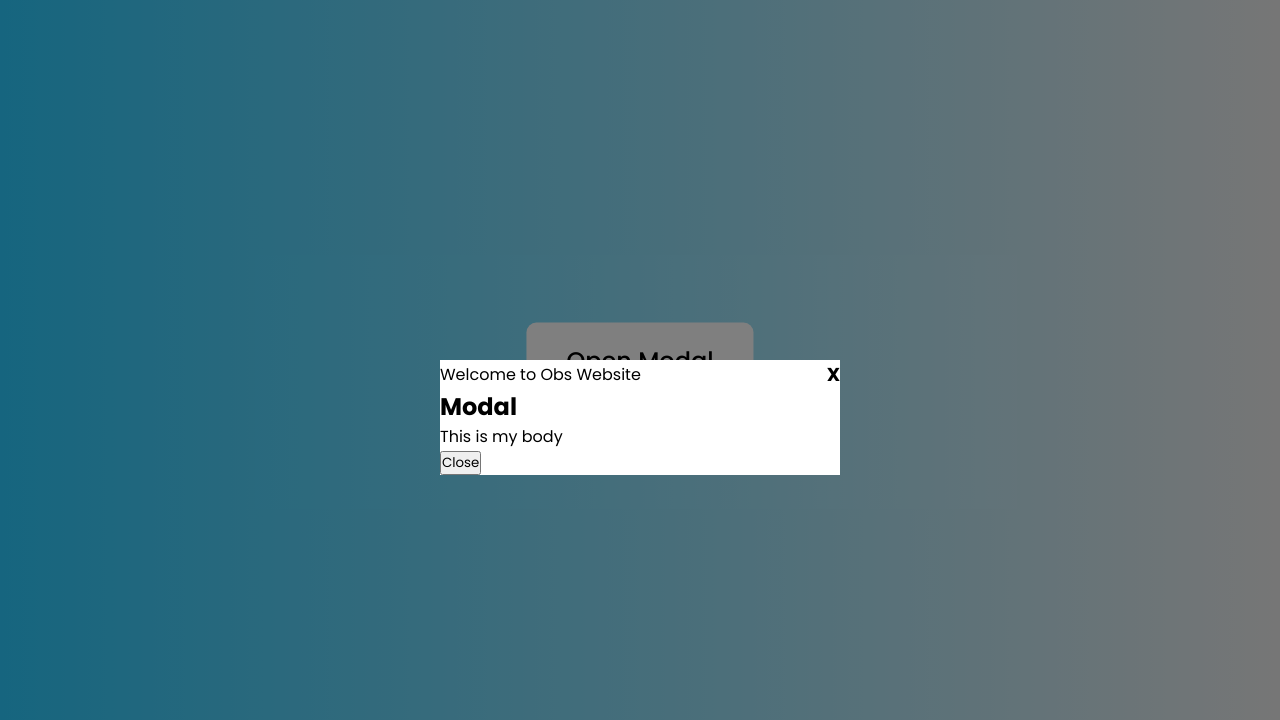
Repository: lausamtuong/Modal_card
Page: index.html
The author's editor kept a copy of each file at every save. The page is drawn from the files as they stood at one save, then again after a run of saves.
The browser window is 1280 px wide. The pictures show the whole page.
The style sheet was rebuilt from its Sass, Less or Tailwind sources for each picture, by a compiler version that may differ from the author's.

Above is the page before, as saved 2021-12-15 06:53:12.

### index.html
<!DOCTYPE html>
<html lang="en">
<head>
    <meta charset="UTF-8">
    <meta http-equiv="X-UA-Compatible" content="IE=edge">
    <meta name="viewport" content="width=device-width, initial-scale=1.0">
    <link rel="stylesheet" href="style.css">
    <link href="https://fonts.googleapis.com/css2?family=Poppins:wght@400;500;700&display=swap" rel="stylesheet">
    <title>Document</title>
</head>
<body>
    <button class="open__btn">Open Modal</button>
    <div class="modal">
        <div class="modal__inner">
            <div class="modal__header">
                <p>Welcome to Obs Website</p>
                <h3>X</h3>
            </div>
            <div class="modal__body">
                <h2>Modal</h2>
                <p>This is my body</p>
            </div>
            <div class="modal__footer">
                <button class="modal__close-btn">Close</button>
            </div>
        </div>
    </div>
</body>
</html>

### style.scss
*{
    margin: 0;
    padding: 0;
    box-sizing: border-box;
    font-family: 'Poppins', sans-serif;
}
body{
    height: 100vh;
    background:  linear-gradient( to right,#2cccff ,#eee );;
}
.open__btn{
     position: relative;;
   top:50%;
   left:50%;
   transform: translate(-50%,-50%);
   outline: none;
   border: none;
   padding : 20px 40px;
   font-weight: 500;
   font-size: 1.5rem;
   border-radius: 10px;
   background-color:#fff;
   &:hover{
      opacity: 0.7;
       cursor: pointer;
       transition: 0.5s;
   }
}
.modal{
    background-color: rgba(0,0,0,0.5);
    position:fixed;
    top:0;
    height: 100vh;
    width:100vw;
    &__inner{
        position:relative;
        width:400px;
        top:50%;
        margin : auto;
        background-color: #fff;
    }
    &__header{
        display: flex;
        justify-content: space-between;
        align-items: center;
    }
}

After the next 12 saves:
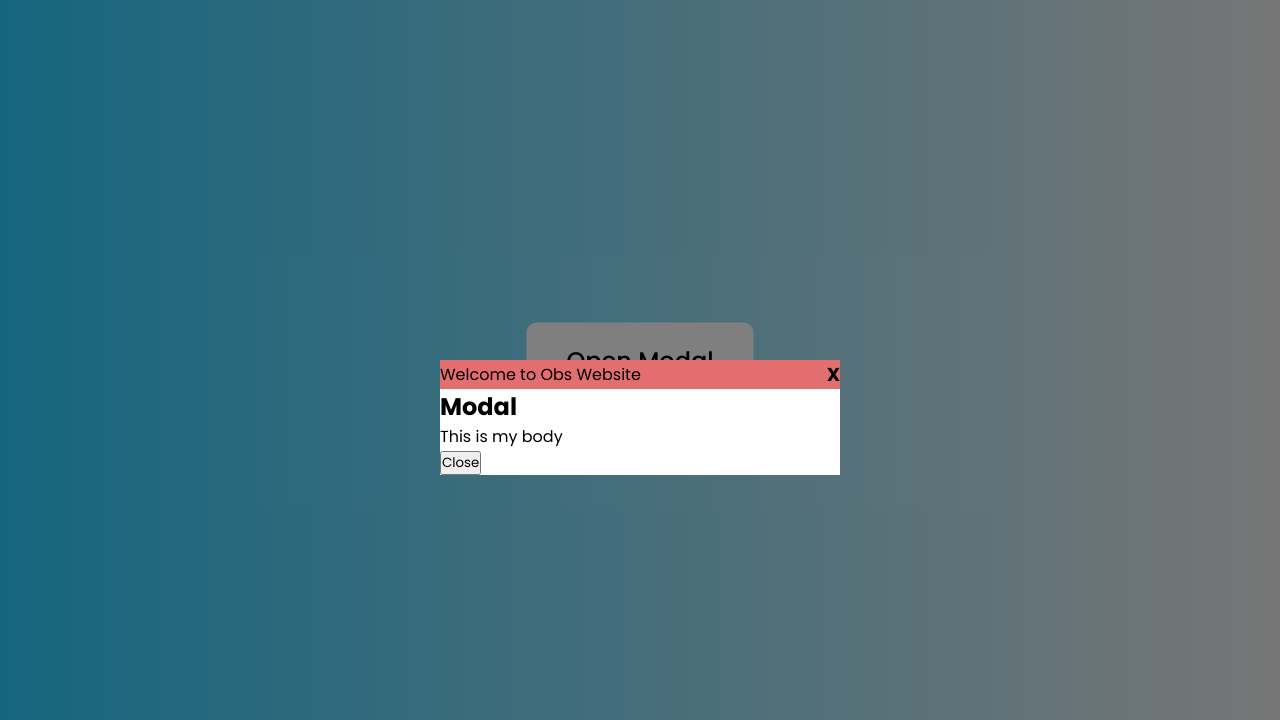
The 12 saves are shown as one change because 3 did not build or start and some came seconds apart.
The last was saved 57 s later.
--- a/style.scss
+++ b/style.scss
@@ -3,6 +3,9 @@
     padding: 0;
     box-sizing: border-box;
     font-family: 'Poppins', sans-serif;
+}
+:root{
+    --primary-color:#e26e70;
 }
 body{
     height: 100vh;
@@ -43,5 +46,6 @@
         display: flex;
         justify-content: space-between;
         align-items: center;
+        background-color:var(--primary-color)
     }
 }

After the 4 saves that followed:
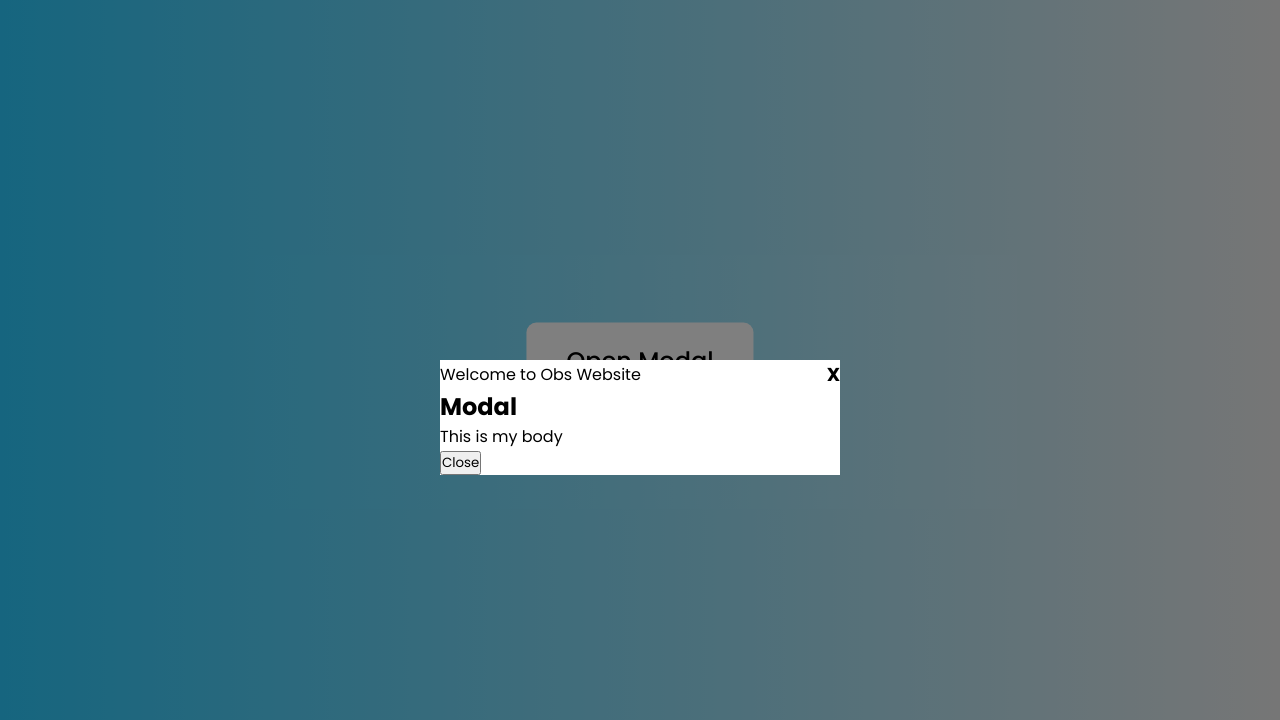
The 4 saves are shown as one change because they came seconds apart.
The last was saved 20 s later.
--- a/style.scss
+++ b/style.scss
@@ -47,5 +47,6 @@
         justify-content: space-between;
         align-items: center;
         background-color:var(--primary-color)
+        margin
     }
 }
